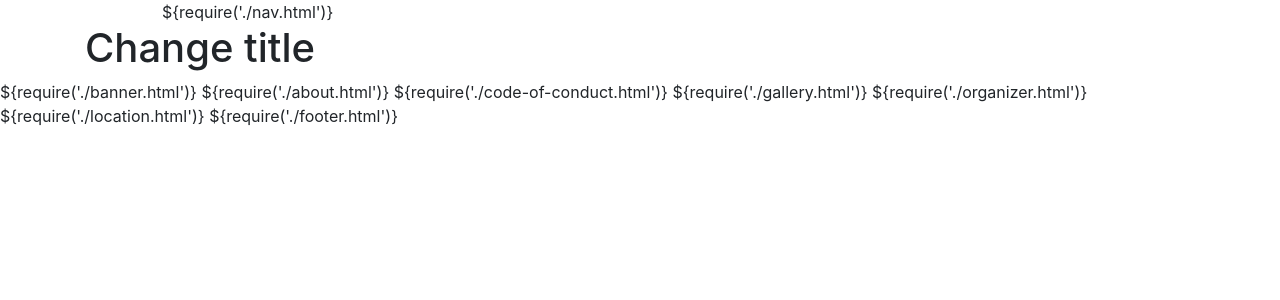
Repository: pyladiesbkk/pyladies-web
Page: src/index.html
An editor plug-in stored every save of this project. The page is shown before and after the next save, followed by the edit.
The browser window is 1280 px wide. The pictures show the whole page.
Some web libraries are served in a nearby version.

Above is the page before, as saved 2019-10-20 14:22:37.

### src/index.html
<!DOCTYPE html>
<html lang="en">
<head>
  <meta charset="UTF-8">
  <meta name="viewport" content="width=device-width, initial-scale=1.0">
  <meta http-equiv="X-UA-Compatible" content="ie=edge">
  <!-- <meta name="msapplication-config" content="/favicon.ico/browserconfig.xml"> -->
  <link rel="icon" href="/favicon.ico/favicon.ico">
  <link rel="icon" type="image/png" href="/favicon.ico/favicon-16x16.png" sizes="16x16">
  <link rel="icon" type="image/png" href="/favicon.ico/favicon-32x32.png" sizes="32x32">
  <link rel="icon" type="image/png" href="/favicon.ico/favicon-96x96.png" sizes="96x96">
  <link rel="shortcut icon" type="image/png" rel="apple-touch-icon" sizes="57x57" href="/favicon.ico/apple-icon-57x57.png">
  <link rel="shortcut icon" type="image/png" rel="apple-touch-icon" sizes="60x60" href="/favicon.ico/apple-icon-60x60.png">
  <link rel="shortcut icon" type="image/png" rel="apple-touch-icon" sizes="72x72" href="/favicon.ico/apple-icon-72x72.png">
  <link rel="shortcut icon" type="image/png" rel="apple-touch-icon" sizes="76x76" href="/favicon.ico/apple-icon-76x76.png">
  <link rel="shortcut icon" type="image/png" rel="apple-touch-icon" sizes="114x114" href="/favicon.ico/apple-icon-114x114.png">
  <link rel="shortcut icon" type="image/png" rel="apple-touch-icon" sizes="120x120" href="/favicon.ico/apple-icon-120x120.png">
  <link rel="shortcut icon" type="image/png" rel="apple-touch-icon" sizes="144x144" href="/favicon.ico/apple-icon-144x144.png">
  <link rel="shortcut icon" type="image/png" rel="apple-touch-icon" sizes="152x152" href="/favicon.ico/apple-icon-152x152.png">
  <link rel="shortcut icon" type="image/png" rel="apple-touch-icon" sizes="180x180" href="/favicon.ico/apple-icon-180x180.png">
<!--   <link rel="manifest" href="/favicon.ico/manifest.json"> -->
  <link rel="stylesheet" href="https://maxcdn.bootstrapcdn.com/bootstrap/4.0.0/css/bootstrap.min.css" integrity="sha384-Gn5384xqQ1aoWXA+058RXPxPg6fy4IWvTNh0E263XmFcJlSAwiGgFAW/dAiS6JXm" crossorigin="anonymous">
  <!-- <link rel="shortcut icon" type="image/png" href="/favicon.ico/apple-icon-180x180.png" /> -->
  <title>Pyladies BKK</title>
</head>
<body>
  ${require('./nav.html')}
  <div class="container">
    <h1>Change title</h1>
  </div>
  ${require('./banner.html')}
  ${require('./about.html')}
  ${require('./code-of-conduct.html')}
  ${require('./gallery.html')}
  ${require('./organizer.html')}
  ${require('./location.html')}
  ${require('./footer.html')}
  <script src="https://code.jquery.com/jquery-3.2.1.slim.min.js" integrity="sha384-KJ3o2DKtIkvYIK3UENzmM7KCkRr/rE9/Qpg6aAZGJwFDMVNA/GpGFF93hXpG5KkN" crossorigin="anonymous"></script>
  <script src="https://cdnjs.cloudflare.com/ajax/libs/popper.js/1.12.9/umd/popper.min.js" integrity="sha384-ApNbgh9B+Y1QKtv3Rn7W3mgPxhU9K/ScQsAP7hUibX39j7fakFPskvXusvfa0b4Q" crossorigin="anonymous"></script>
  <script src="https://maxcdn.bootstrapcdn.com/bootstrap/4.0.0/js/bootstrap.min.js" integrity="sha384-JZR6Spejh4U02d8jOt6vLEHfe/JQGiRRSQQxSfFWpi1MquVdAyjUar5+76PVCmYl" crossorigin="anonymous"></script>
</body>
</html>

After the next save:
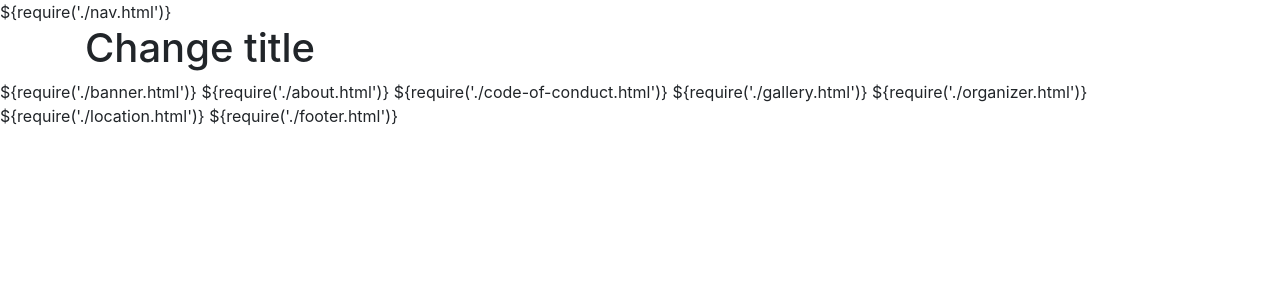
Saved 11 s later.
--- a/src/index.html
+++ b/src/index.html
@@ -5,7 +5,7 @@
   <meta name="viewport" content="width=device-width, initial-scale=1.0">
   <meta http-equiv="X-UA-Compatible" content="ie=edge">
   <!-- <meta name="msapplication-config" content="/favicon.ico/browserconfig.xml"> -->
-  <link rel="icon" href="/favicon.ico/favicon.ico">
+  <!-- <link rel="icon" href="/favicon.ico/favicon.ico">
   <link rel="icon" type="image/png" href="/favicon.ico/favicon-16x16.png" sizes="16x16">
   <link rel="icon" type="image/png" href="/favicon.ico/favicon-32x32.png" sizes="32x32">
   <link rel="icon" type="image/png" href="/favicon.ico/favicon-96x96.png" sizes="96x96">
@@ -17,7 +17,7 @@
   <link rel="shortcut icon" type="image/png" rel="apple-touch-icon" sizes="120x120" href="/favicon.ico/apple-icon-120x120.png">
   <link rel="shortcut icon" type="image/png" rel="apple-touch-icon" sizes="144x144" href="/favicon.ico/apple-icon-144x144.png">
   <link rel="shortcut icon" type="image/png" rel="apple-touch-icon" sizes="152x152" href="/favicon.ico/apple-icon-152x152.png">
-  <link rel="shortcut icon" type="image/png" rel="apple-touch-icon" sizes="180x180" href="/favicon.ico/apple-icon-180x180.png">
+  <link rel="shortcut icon" type="image/png" rel="apple-touch-icon" sizes="180x180" href="/favicon.ico/apple-icon-180x180.png"> -->
 <!--   <link rel="manifest" href="/favicon.ico/manifest.json"> -->
   <link rel="stylesheet" href="https://maxcdn.bootstrapcdn.com/bootstrap/4.0.0/css/bootstrap.min.css" integrity="sha384-Gn5384xqQ1aoWXA+058RXPxPg6fy4IWvTNh0E263XmFcJlSAwiGgFAW/dAiS6JXm" crossorigin="anonymous">
   <!-- <link rel="shortcut icon" type="image/png" href="/favicon.ico/apple-icon-180x180.png" /> -->
